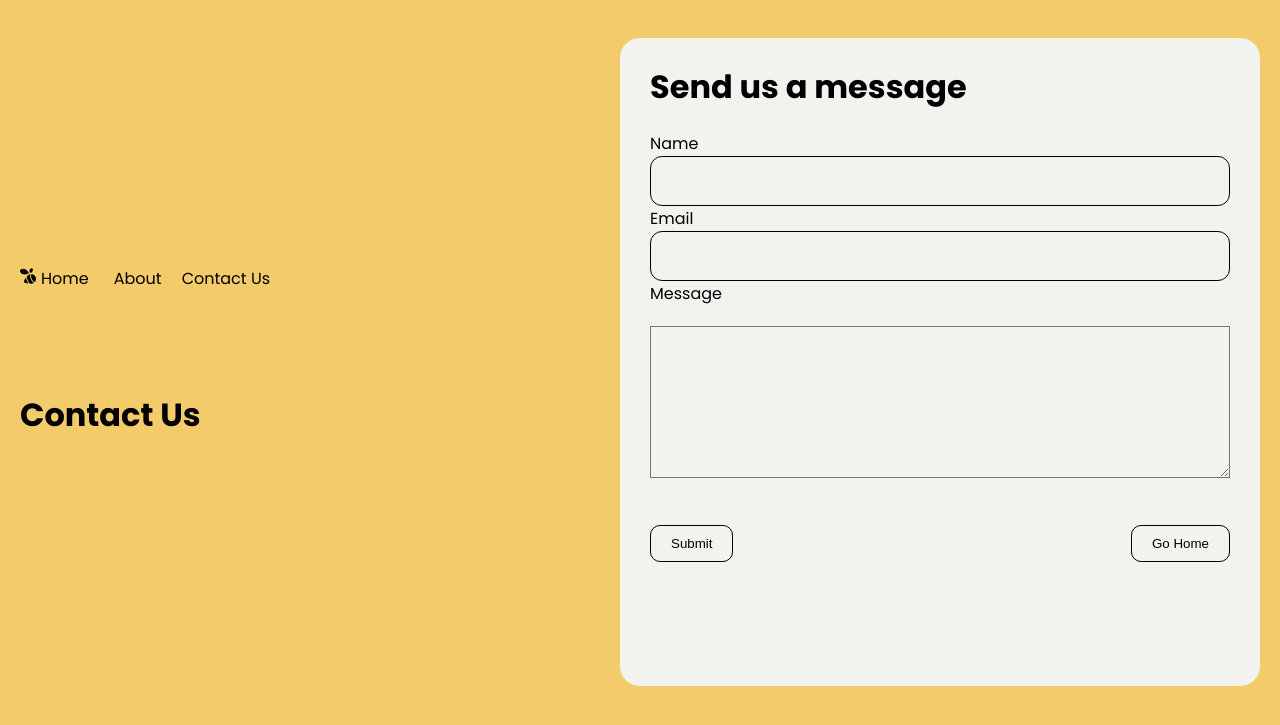
Repository: ble-syn/Random-user-generator-app
Page: /contact
The author's editor kept a copy of each file at every save. The page is drawn from the files as they stood at one save, then again after the next save.
The browser window is 1280 px wide. The pictures show the whole page.
The project was rebuilt for these pictures with package versions that can differ from the ones it lists, and the page was loaded fresh each time. Also part of the build but not shown: src/components/pagination.jsx, src/components/User.jsx, src/pages/Home.jsx, src/components/ErrorFallback.jsx, src/pages/About.jsx, src/pages/NotFound.jsx, src/pages/Mission.jsx, src/pages/Vision.jsx.

Above is the page before, as saved 2022-10-28 22:21:59.

After the next save:
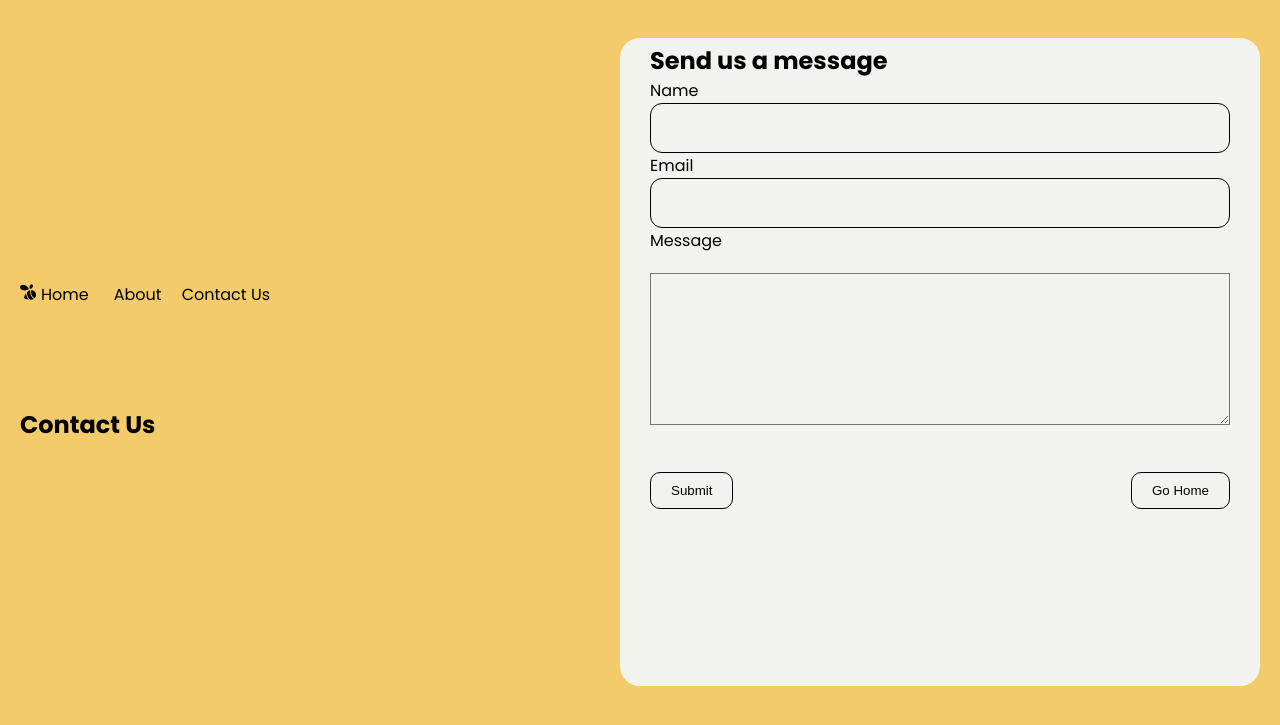
Saved 39 s later.
--- a/src/index.css
+++ b/src/index.css
@@ -118,10 +118,6 @@ background-color: #8DCC50;
   background-color: #F2F2EF;
   border-radius: 20px;
   padding: 5px 30px;
-}
- h2 {
-  font-size: 2rem;
-  margin: 20px 0;
 }
 .usercard {
   background-color: #F2F2EF;
